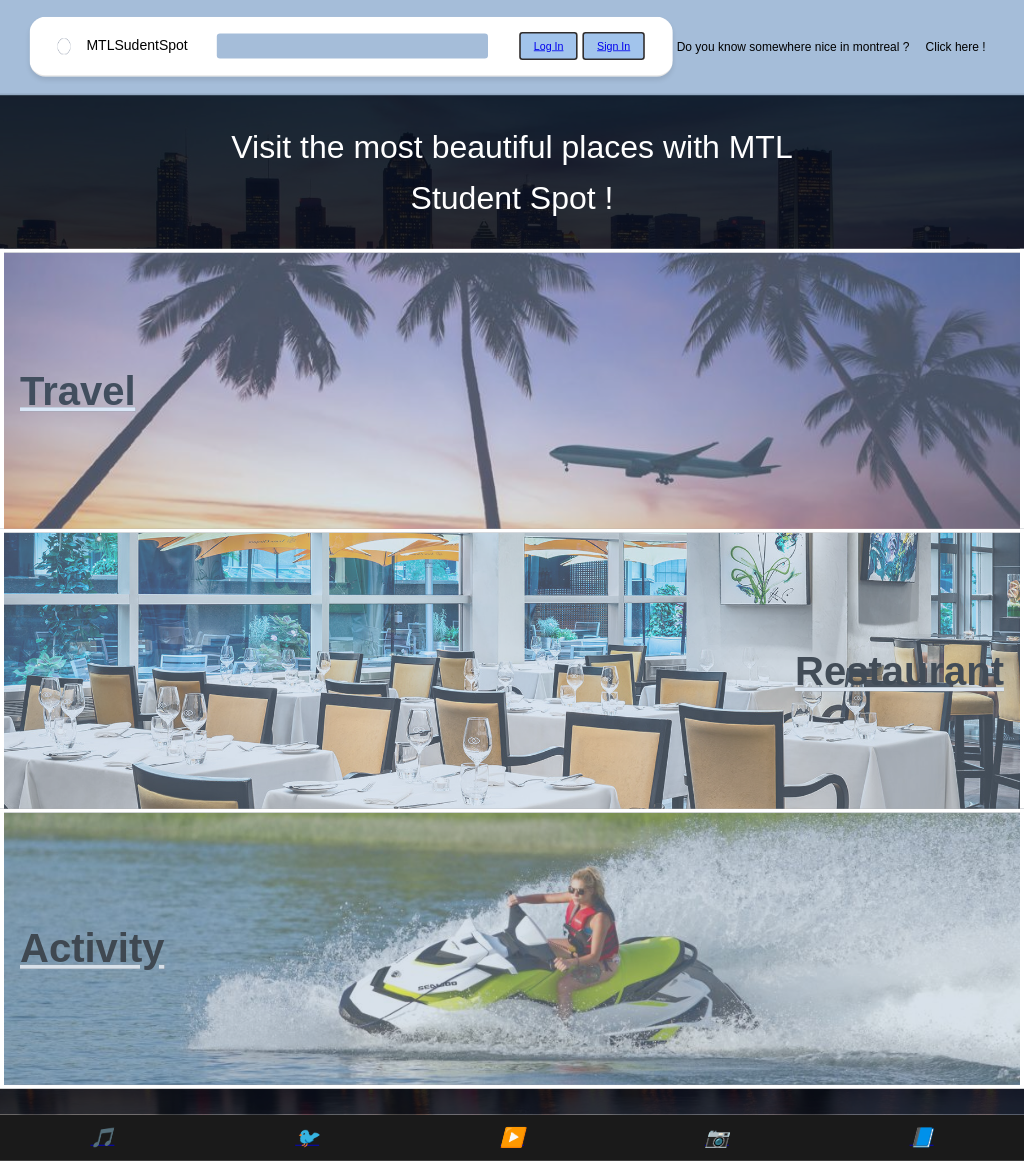
Repository: KevMn6ix/MOD8-2232-GRA-Damois-Leroi--Morant-Munto
Page: / (app in client/)
The author's editor kept a copy of each file at every save. The page is drawn from the files as they stood at one save, then again after the next save.
The browser window is 1280 px wide. The pictures show the whole page, at 80% of full size.
The project was rebuilt for these pictures with package versions that can differ from the ones it lists, and the page was loaded fresh each time. Also part of the build but not shown: client/vite.config.js, client/src/components/HelloWorld.vue, client/src/services/Api.js, client/src/services/AuthentificationService.js, client/src/components/Login.vue, client/src/views/LoginPage.vue, client/src/components/PlaceItem.vue, client/src/components/PlaceList.vue.

Above is the page before, as saved 2023-10-18 12:58:12.

### client/index.html
<!DOCTYPE html>
<html lang="en">
  <head>
    <meta charset="UTF-8">
    <link rel="icon" href="/favicon.ico">
    <link href="https://cdnjs.cloudflare.com/ajax/libs/font-awesome/5.15.3/css/all.min.css" rel="stylesheet">

    <meta name="viewport" content="width=device-width, initial-scale=1.0">
    <title>Vite App</title>
  </head>
  <body>
    <div id="app"></div>
    <script type="module" src="/src/main.js"></script>
  </body>
</html>

### client/src/assets/main.css
@import './base.css';
/*
#app {
  max-width: 1280px;
  margin: 0 auto;
  padding: 2rem;

  font-weight: normal;
}

a,
.green {
  text-decoration: none;
  color: hsla(160, 100%, 37%, 1);
  transition: 0.4s;
}

@media (hover: hover) {
  a:hover {
    background-color: hsla(160, 100%, 37%, 0.2);
  }
}

@media (min-width: 1024px) {
  body {
    display: flex;
    place-items: center;
  }

  #app {
    display: grid;
    grid-template-columns: 1fr 1fr;
    padding: 0 2rem;
  }
}
*/
@media (prefers-color-scheme: dark) {
  button {
    color:black;
  }
  input {
    color: white;
    background-color: black;
  }
}

### client/src/App.vue
<script setup>
import { RouterLink, RouterView } from 'vue-router'
import HelloWorld from './components/HelloWorld.vue'
</script>

<template >
  <RouterView />

</template>

<style scoped>
template {
  display: flex;
  flex-direction: column;
}

header {
  line-height: 1.5;
  max-height: 100vh;
}

.logo {
  display: block;
  margin: 0 auto 2rem;
}

nav {
  width: 100%;
  font-size: 12px;
  text-align: center;
  margin-top: 2rem;
}

nav a.router-link-exact-active {
  color: var(--color-text);
}

nav a.router-link-exact-active:hover {
  background-color: transparent;
}

nav a {
  display: inline-block;
  padding: 0 1rem;
  border-left: 1px solid var(--color-border);
}

nav a:first-of-type {
  border: 0;
}

@media (min-width: 1024px) {
  header {
    display: flex;
    place-items: center;
    padding-right: calc(var(--section-gap) / 2);
  }

  .logo {
    margin: 0 2rem 0 0;
  }

  header .wrapper {
    display: flex;
    place-items: flex-start;
    flex-wrap: wrap;
  }

  nav {
    text-align: left;
    margin-left: -1rem;
    font-size: 1rem;

    padding: 1rem 0;
    margin-top: 1rem;
  }
}
</style>

### client/src/router/index.js
import { createRouter, createWebHistory } from 'vue-router'
import HomeView from '../views/HomeView.vue'

const router = createRouter({
  history: createWebHistory(import.meta.env.BASE_URL),
  routes: [
    {
      path: '/',
      name: 'home',
      component: HomeView
    },
    {
      path: '/about',
      name: 'about',
      // route level code-splitting
      // this generates a separate chunk (About.[hash].js) for this route
      // which is lazy-loaded when the route is visited.
      component: () => import('../views/AboutView.vue')
    },
    {
      path: '/login',
      name: 'login',

      component: () => import('../views/LoginPage.vue')
    },
    {
      path: '/register',
      name:'register',

      component: () => import('../views/RegisterPage.vue')
    },
    {
      path: '/places/:types',
      name: 'PlacesList',

      component: () => import('../views/PlaceListView.vue')
    },
    {
      path: '/places/review/:id',
      name : 'review',

      component: () => import('../views/PlaceReview.vue')
    },
    {

      path: '/places/:types/:id',
      name: 'PlacePage',

      component: () => import('../views/PlacesPage.vue')

    },
    {
      path: '/places/add',
      name: 'AddPlace',

      component: () => import('../views/AddPageView.vue')
    }
  ]
})

export default router

### client/src/views/HomeView.vue
<script setup>
import { ref } from 'vue'
import NavBar from '../components/NavBar.vue';
import RowLandingPage from '../components/RowLandingPage.vue';
import PlaceList from '../components/PlaceList.vue';
import { RouterLink} from 'vue-router'
import UsePlaceService from '../../server/services/places-service.js';
const userInput = ref('');
const placeService = UsePlaceService();
console.log(placeService.findPlaces())
const tempListPlace = placeService.findPlace()
console.log(tempListPlace)
</script>

<template>
  <header>
    <NavBar @user-input="(termInputed) => {userInput = termInputed;}"/>
  </header>

  <main id="home-body">
    <div v-if="userInput === ''">
    <h1>
      Visit the most beautiful places with MTL<br>Student Spot !
    </h1>
    <ul id="browse">
      <li id="travel"><RouterLink :to="{name : 'PlacesList', params : {types: 'travel'}}"><RowLandingPage textId="travel" textTitle="Travel"/></RouterLink></li>
      <li id="restaurant"><RouterLink :to="{name : 'PlacesList', params : {types: 'restaurants'}}"><RowLandingPage textId="restaurant" textTitle="Restaurant"/></RouterLink></li>
      <li id="activity"><RouterLink :to="{name : 'PlacesList', params : {types: 'activities'}}"><RowLandingPage textId="activity" textTitle="Activity"/></RouterLink></li>
  </ul>
  </div>
  <div v-else id="research">
    <PlaceList :searchTerms="userInput" :placeArray="placeService.findPlaces()"/>
  </div>
  </main>
  <footer>
    <a href="#" aria-label="SoundCloud">
        <i class="footer-icon">🎵</i>  <!-- Emoji used as placeholder for your icons -->
    </a>
    <a href="#" aria-label="Twitter">
        <i class="footer-icon">🐦</i>  <!-- Emoji used as placeholder for your icons -->
    </a>
    <a href="#" aria-label="YouTube">
        <i class="footer-icon">▶️</i>  <!-- Emoji used as placeholder for your icons -->
    </a>
    <a href="#" aria-label="Instagram">
        <i class="footer-icon">📷</i>  <!-- Emoji used as placeholder for your icons -->
    </a>
    <a href="#" aria-label="Facebook">
        <i class="footer-icon">📘</i>  <!-- Emoji used as placeholder for your icons -->
    </a>
  </footer>

</template>
<style >
body, html {
    font-family: Arial, sans-serif;
    margin: 0;
    padding: 0;
}

:root {
    --color-background-header: #A5BDD9;
    --color-background-default: #A5BDD9;
    --color-background-travel: #a2c4ec;
    --color-background-activity: #9EB3CB;
    --text-color-default: #000;
    --text-navbar-color-default: #FFF;
    --color-navbar: #FFF;
    --color-input: #A5BDD9;
    --button-border: #312e2e;
}

/* Dark Mode Variables */
@media (prefers-color-scheme: dark) {
    :root {
        --color-background-header: #A5BDD9;  /* Adjusted for contrast in dark mode */
        --text-color-default: #FFF;
        --text-navbar-color-default: #000;
        --color-navbar: #312e2e;
        --color-input: #FFF;
        --button-border: #FFF;
        /* The blue shades remain the same as you wanted */
    }
}

/* Header styles */
header {
    display: flex;
    justify-content: space-between;
    align-items: center;
    padding: 1rem 2rem;
    background-color: var(--color-background-header);
    color: var(--text-color-default);
    box-shadow: 0 4px 6px rgba(0, 0, 0, 0.1);
    border-bottom: 2px solid rgba(0, 0, 0, 0.1);
}

header > div:last-child {
    display: flex;
    gap: 1rem;

    a, button {
        padding: 0.5rem 1rem;
        border-radius: 0.25rem;
        transition: background-color 0.3s ease;
        text-decoration: none;
    }

    button {
        background-color: var(--color-background-travel);
        color: #FFF;
        border: none;
        cursor: pointer;
    }

    a {
        color: var(--text-color-default);
    }

    button:hover, a:hover {
        background-color: #7faedc;
    }
}

/* Main content styles */
main {
    background-color: var(--color-background-default);
    text-align: center;
    padding: 2rem 0;
    color: var(--text-color-default);
}

#home-body {

    background-image: url('../assets/montrealbynight.jpg');
    background-size: 1520px;
    background-repeat: repeat;
    background-position: 30%;
    position: relative;
    z-index: 1;
}

#home-body::before {
    content: '';
    display: block;
    position: absolute;
    top: 0;
    right: 0;
    bottom: 0;
    left: 0;
    background-color: rgba(2, 7, 16, 0.84);
    z-index: -1;
}

h1 {
    font-size: 2.5rem;
    margin-bottom: 2rem;
    color: white;
}

ul#browse {
    list-style: none;
    padding: 0;
    display: flex;
    flex-direction: column;
    margin: 0;
}

ul#browse li {
  padding: 0;
  margin: 0px;
  border: 5px solid white;
  border-bottom: 0px;
  transition: background-color 0.3s ease;
  height: 350px;
  background-size: cover;
  display: flex;
  justify-content: center;
  align-items: center;
  font-weight: bold;

}

ul#browse li#activity{

    border-bottom: 5px solid white;

}

ul#browse li > * {
    color: black;
    font-weight: bold;
    width: 100%;
    text-align: center;
}

#travel > *{
    text-align: left;
}

#restaurant > *{
    text-align: right;
}


#restaurant, #travel, #activity {
    background-size: cover;
    position: relative;
}

#restaurant::before, #travel::before, #activity::before {

    content: "";
    position: absolute;
    top: 0;
    right: 0;
    bottom: 0;
    left: 0;
    background-color: inherit;
    opacity: 0.40;
    pointer-events: none;
}


#restaurant {
    background-image: url('../assets/restaurant.jpg');
    background-color: var(--color-background-default);
    background-position: center;
    justify-content: flex-end;
}

#travel {
    background-image: url('../assets/travel.jpg');
    background-color: var(--color-background-travel);
    background-position: center;
    justify-content: flex-start;
}

#activity {
    background-image: url('../assets/jetski.jpg');
    background-color: var(--color-background-activity);
    background-position: center;
    justify-content: flex-start;

}

/* Add hover effects */
ul#browse li:hover {
    background-color: rgba(0, 0, 0, 0.1);
}

/* Footer styles */
footer {
  z-index: 1000;
    display: flex;
    justify-content: space-around;
    align-items: center;
    bottom: 0;

    left: 0;
    width: 100%;
    background-color: #1a1a1a;
    padding: 10px 0;
}

.footer-icon {
    font-size: 24px;
    color: white;
    transition: 0.3s;
}

footer a:hover .footer-icon {
    color: #A5BDD9;
}

/* Media Queries for screen size */
@media screen and (max-width: 768px) {  /* For tablets */
    header {
        flex-direction: column;
    }

    ul#browse {
        gap: 0.5rem;
    }

    footer {
        flex-wrap: wrap;
    }
}

@media screen and (max-width: 480px) {  /* For mobile phones */
    header > div {
        flex-direction: column;
        gap: 0.5rem;
    }

    h1 {
        font-size: 2rem;
    }

    ul#browse li {
        padding: 0.5rem 0;
    }

    footer {
        flex-direction: column;
    }
}
</style>

### client/src/components/NavBar.vue
<script setup>
import { ref } from 'vue'
import LoginPage from '../views/LoginPage.vue'
import TheSubHeader from './TheSubHeader.vue';
const emit = defineEmits(['user-input'])
const UserInput = ref('')
function sendUserInput() {
    console.log(UserInput.value)
    emit('user-input', UserInput.value)
}
</script>
/** This component is hte bar at the top of the screen */
<template>
    <nav id="head-bar">
        <img src="../assets/logoMTL.png">
        <h3>
            MTLSudentSpot
        </h3>
        <input type="text" v-model="UserInput" @input="sendUserInput">
        <div>
        <button>
            <router-link to='/login'>Log In</router-link>
        </button>
        <button>
            <router-link to="/register">Sign In</router-link>
        </button>
    </div>
    </nav>
    <div id="sub-header">
    <TheSubHeader/></div>
</template>
<style scoped>
nav {
    display: flex;
    justify-content: space-between;
    align-items: center;
    background-color: var(--color-navbar);
    padding: 1rem 2rem;
    box-shadow: 0 4px 6px rgba(0, 0, 0, 0.1);
    border-bottom: 2px solid rgba(0, 0, 0, 0.1);
    border-radius: 20px;
    margin: 5px;
}

button {
    background-color: var(--color-background-travel);
    color: #FFF;
    border: none;
    padding: 0.5rem 1rem;
    border-radius: 0.25rem;
    cursor: pointer;
    transition: background-color 0.3s ease;
    margin: 3px;
    border: 2px solid var(--button-border);
}

button:hover {
    background-color: #7faedc;
}

img {
    height: 20px;
    width: 16px;
}

input {
    flex-grow: 3;
    padding: 0.5rem;
    border: none;
    border-radius: 0.25rem;
    background-color: var(--color-input);
    color: var(--text-navbar-color-default);
    margin: 0 1rem;
}

#sub-header {
    text-align: center;
}
</style>

### client/src/components/RowLandingPage.vue
<script setup>
/** this prop purpose to to display one of the solid color row on the landing page*/
import { RouterLink } from 'vue-router';

const rowProps = defineProps({
    textId: String,
    textTitle: String
})
</script>
<template>
    <RouterLink :to="/places/ + rowProps.textId">
    <h2 :id="'sub-' + rowProps.textId">

        {{ rowProps.textTitle }}
    </h2>
    </RouterLink>
</template>
<style scoped>
* {
    color: white;
    @media (prefers-color-scheme: dark) {

        color: black;
    }
}
#sub-travel {
    text-align: start;
    margin-left: 20px;
}
#sub-restaurant {
    text-align: end;
    margin-right: 20px;
}
#sub-activity {
    text-align: start;
    margin-left: 20px;
}

#sub-travel, #sub-restaurant, #sub-activity{

    color: black;
    font-weight: bold;
    font-size: 50px;

}
</style>

### client/server/services/places-service.js
let id = 0;
const placeList = [
  {Id: ++id, Type: "restaurant", Title: "Brutopia", Address: "888 rjij", Rating: 4, HygieneRating: 5, AmbianceRating: 3, PriceRating: 5, Picture: "https://css-tricks.com/wp-content/uploads/2018/10/align-items.svg"},
  {Id: ++id, Type: "activity",Title: "cheval blanc", Address: "56656 fd", Rating: 3, HygieneRating: 3, AmbianceRating: 4, PriceRating: 2},
  {Id: ++id, Type: "travel",Title: "nyx", Address: "86 sfd", Rating: 3, HygieneRating: 4, AmbianceRating: 4, PriceRating: 2},
  {Id: ++id, Type: "restaurant",Title: "bnyx", Address: "86 sfd", Rating: 3, HygieneRating: 4, AmbianceRating: 4, PriceRating: 2, Picture:"https://cdn4.buysellads.net/uu/1/134955/1685040267-designdotdev5.jpg"}
]

let idRating = 0
const PlaceRating = [
    {Id: ++idRating, IdPlace: 2, HygieneRating: 3, AmbianceRating: 4, PriceRating: 2, CommentRate:"Nice place."},
    {Id: ++idRating, IdPlace: 1, HygieneRating: 5, AmbianceRating: 3, PriceRating: 5, CommentRate:"I like to go there."},
    {Id: ++idRating, IdPlace: 4, HygieneRating: 4, AmbianceRating: 4, PriceRating: 2, CommentRate:"They cook my favorite food."},
    {Id: ++idRating, IdPlace: 3, HygieneRating: 4, AmbianceRating: 4, PriceRating: 2, CommentRate:"I went there while visiting."}
]


function findPlaces() {
    return placeList
}

function findPlace(id) {
    for (let place of placeList) {
        if (place.Id == id) {
            return place
        }

    }
    return null
}

function sumAmbiance(listOfRatings) {
    let res = 0;
    for (let rating of listOfRatings) {
        res += rating.AmbianceRating;
    }
    console.log(res)
    return res;
}

function sumHygiene(listOfRatings) {
    let res = 0;
    for (let rating of listOfRatings) {
        res += rating.HygieneRating;
    }

    return res;
}
function sumPrice(listOfRatings) {
    let res = 0;
    for (let rating of listOfRatings) {
        res += rating.PriceRating;
    }
    console.log(res)
    return res;
}

function findRatingsAbout(id) {
    /*console.log(PlaceRating)*/
    return PlaceRating.filter((rating) => {  return rating.IdPlace == id});
}

function actualiseRating(id) {
    const place = findPlace(id);
    console.log(findRatingsAbout(id))
    place.AmbianceRating = Math.round(sumAmbiance(findRatingsAbout(id))/(findRatingsAbout(id).length))
    place.PriceRating = Math.round(sumPrice(findRatingsAbout(id))/(findRatingsAbout(id).length))
    place.AmbianceRating = Math.round(sumHygiene(findRatingsAbout(id))/(findRatingsAbout(id).length))
    place.Rating = Math.round((place.AmbianceRating + place.HygieneRating + place.PriceRating)/3);
}

function addRating(idPlace, hygieneRating, ambianceRating, priceRating, commentRate) {
    /*
    console.log("^^^^^^^^^^^^^^^^^^^^^^^^")
    console.log(idPlace)
    console.log("^^^^^^^^^^^^^^^^^^^^^^^^^^^^")
    */
   const newRating = {}
   newRating["Id"] = idRating++
   newRating["IdPlace"] = placeList[idPlace - 1].Id
   newRating["HygieneRating"] = hygieneRating
   newRating["AmbianceRating"] = ambianceRating
   newRating["PriceRating"] = priceRating
   newRating["CommentRate"] = commentRate
    PlaceRating.push(newRating)
    /*
    console.log("#################")
    console.log(PlaceRating[idRating - 1].IdPlace)
    console.log("##############################")
    */
    actualiseRating(idPlace)
}


function findRatings() {
    return PlaceRating
}

function findRating(id) {
    for (let rating of PlaceRating) {
        if (rating.Id == id) {
            return rating
        }

    }
    return null
}





function addPlace(title, address, type, picture) {
    const newPlace = {}
    newPlace["Id"] =id++
    newPlace["Type"] =type
    newPlace["Title"] =title
    newPlace["Address"] =address
    newPlace["Rating"] =0
    newPlace["HygieneRating"] =0
    newPlace["AmbianceRating"] =0
    newPlace["PriceRating"] =0
    newPlace["Picture"] =picture
    placeList.push(newPlace)
}


export default function UsePlaceService () {
    return {
    findPlaces,
    findPlace,
    addPlace,
    findRatings,
    findRating,
    addRating,
    findRatingsAbout
}}

### client/src/components/BarOutsideHome.vue
<script setup>
import { ref } from 'vue'
import LoginPage from '../views/LoginPage.vue'
import { RouterLink } from 'vue-router';
import TheSubHeader from './TheSubHeader.vue';
const emit = defineEmits(['user-input'])
const UserInput = ref('')
function sendUserInput() {
    console.log(UserInput.value)
    emit('user-input', UserInput.value)
}
</script>
/** This component is the bar at the top of the screen */
<template>
    <nav id="head-bar">
        <img src="../assets/logoMTL.png">
        <h3>
            MTLSudentSpot
        </h3>
        <RouterLink to="/">
            Home
        </RouterLink>
        <div>
        <button>
            <router-link to='/login'>Log In</router-link>
        </button>
        <button>
            <router-link to="/register">Sign In</router-link>
        </button>
    </div>
</nav>
<div id="sub-header">
<TheSubHeader/></div>
</template>
<style>
nav {
    display: flex;
    flex-wrap: wrap;
    justify-content: space-around;
    align-items: center;
    padding: 0;
    margin: 0;
    align-items: center;
    flex-grow: 3;
    min-width: 178px;
    gap: 20px;
}
img {
    margin-left: 3px;
    height: 20px;
    width: 16px;
}
input {
    flex-grow: 3;
}
#sub-header {
    text-align: center;
}
</style>

### client/src/components/TheSubHeader.vue
<script setup>
import { RouterLink } from 'vue-router';
</script>
<template>
    <p>
        Do you know somewhere nice in montreal ? <RouterLink to="/places/add"> Click here !</RouterLink>
    </p>
</template>
<style scoped>
:root {
  --light-color-background-restaurant: #A5BDD9;
    --light-color-background-travel: #a2c4ec;
    --light-color-background-activity: #9EB3CB;
    --dark-color-background-restaurant: #a2c4ec9d;
    --dark-color-background-travel: #a5bdd971;
    --dark-color-background-activity: #9eb3cb0e;
    --color-background-restaurant: var(--light-color-background-restaurant);
    --color-background-travel: var(--light-color-background-travel);
    --color-background-activity: var(--light-color-background-activity);
    @media (prefers-color-scheme: dark) {
      --color-background-restaurant: var(--dark-color-background-restaurant);
        --color-background-travel: var(--dark-color-background-travel);
        --color-background-activity: var(--dark-color-background-activity);
    }
}
p {
    min-width: 333px;
    text-align: center;
    size: 50%;
    padding: 0;
    margin: 0;
}
</style>

Loaded but not shown: client/src/main.js (common file); client/src/assets/base.css (common file)

After the next save:
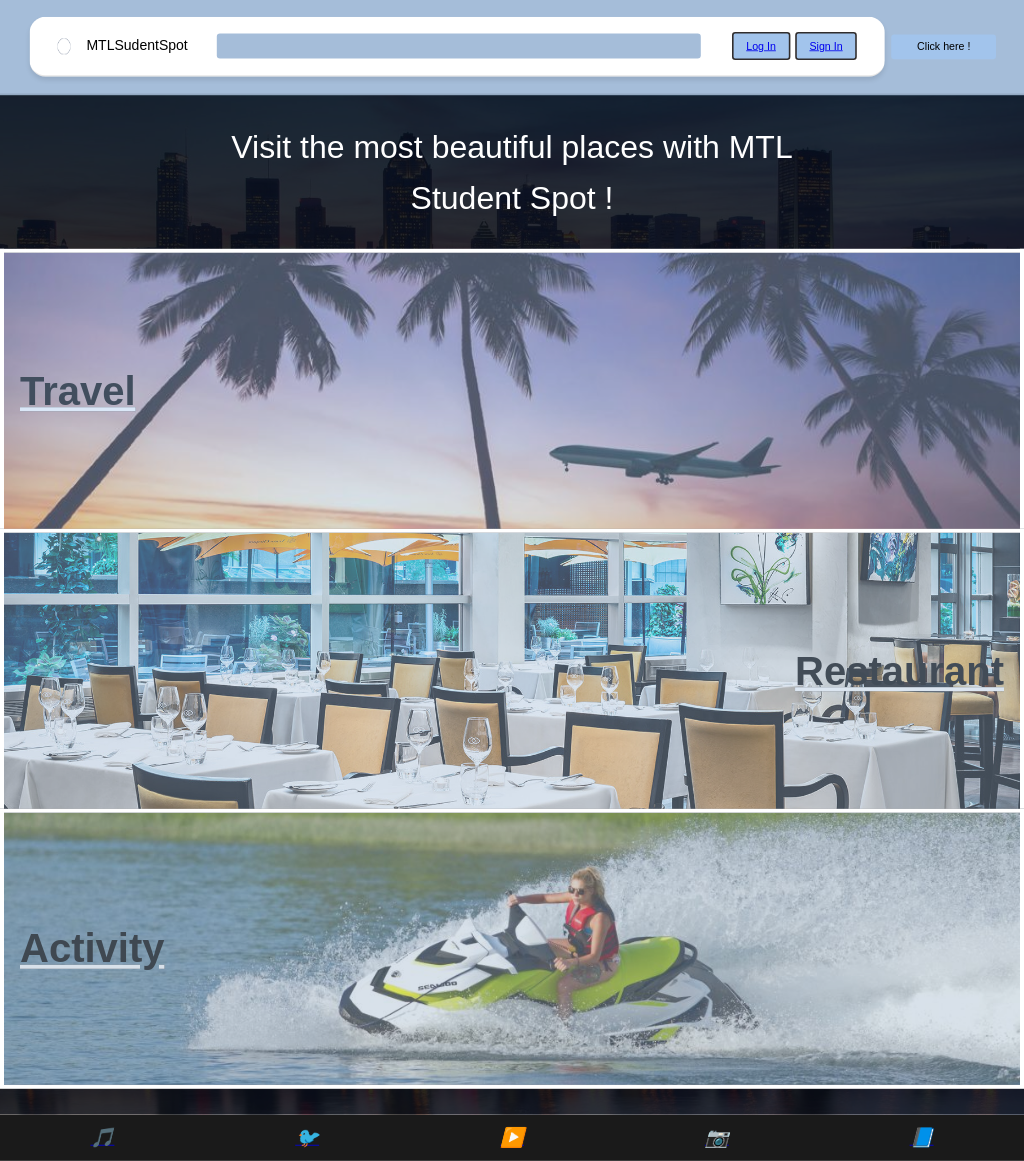
Saved 3 min 45 s later.
--- a/client/src/components/TheSubHeader.vue
+++ b/client/src/components/TheSubHeader.vue
@@ -2,9 +2,9 @@
 import { RouterLink } from 'vue-router';
 </script>
 <template>
-    <p>
-        Do you know somewhere nice in montreal ? <RouterLink to="/places/add"> Click here !</RouterLink>
-    </p>
+    <button>
+      <RouterLink to="/places/add"> Click here !</RouterLink>
+    </button>
 </template>
 <style scoped>
 :root {
